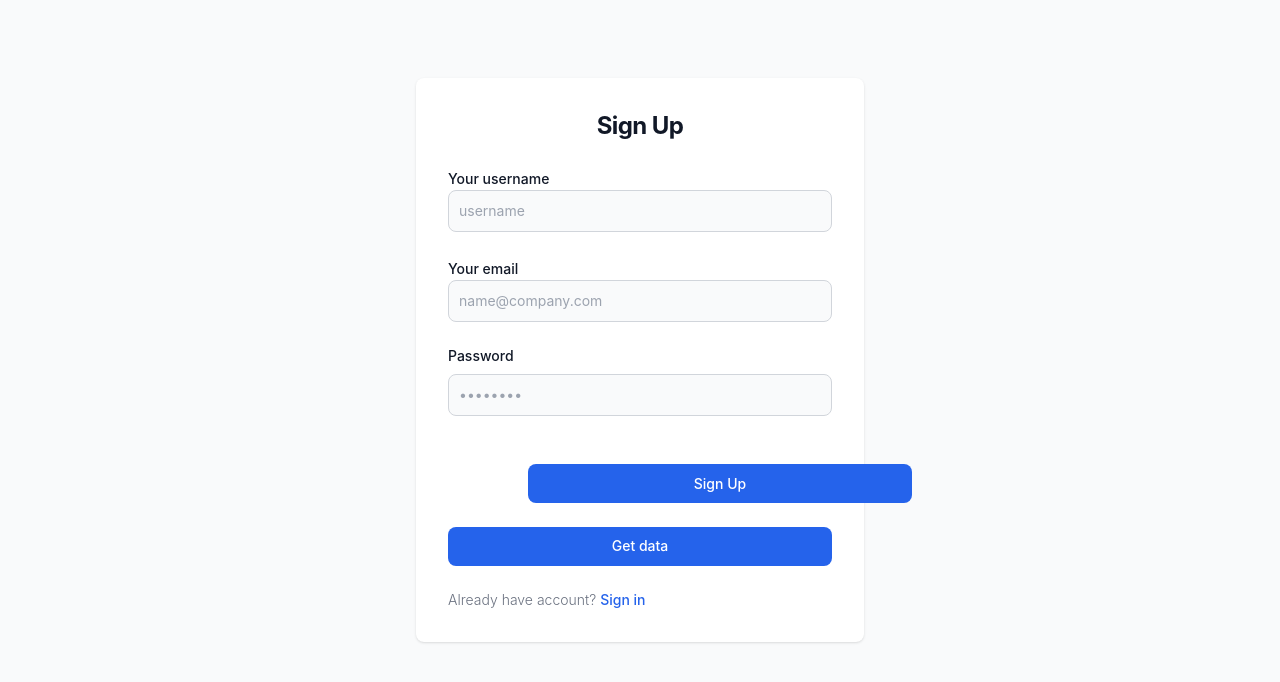
Repository: Than-sothearak/news-today
Page: /register (app in client/)
An editor plug-in stored every save of this project. The page is shown before and after the next save, followed by the edit.
The browser window is 1280 px wide. The pictures show the whole page.
The project was rebuilt for these pictures with package versions that can differ from the ones it lists, and the page was loaded fresh each time. Also part of the build but not shown: client/vite.config.js, client/data.js, client/src/components/Post.jsx, client/src/components/HeroBanner.jsx, client/src/page/Home.jsx, client/src/page/Login.jsx, client/src/page/Single.jsx, client/src/page/Write.jsx and 3 more.

Above is the page before, as saved 2023-03-05 17:37:49.

### client/index.html
<!DOCTYPE html>
<html lang="en">
  <head>
    <meta charset="UTF-8" />
    <link rel="icon" type="image/svg+xml" href="/vite.svg" />
    <meta name="viewport" content="width=device-width, initial-scale=1.0" />
    <title>News Today</title>
  </head>
  <body>
    <div id="root"></div>
    <script type="module" src="/src/main.jsx"></script>
  </body>
</html>

### client/src/App.jsx
import "./App.css";
import { createBrowserRouter, RouterProvider } from "react-router-dom";
import { Home } from "./page/Home";
import { Login } from "./page/Login";
import { Register } from "./page/Register";
import { Single } from "./page/Single";
import { Write } from "./page/Write";
import Layout from "./components/Layout";


const router = createBrowserRouter([
  {
    path: "/",
    element: <Layout />,
    children: [
      {
        path: "/",
        element:<Home />
      },
      {
        path: "/post/:id",
        element:<Single />
      },
      {
        path: "/write",
        element:<Write />
      },
    ]
  },
  {
    path: "/register",
    element: <Register />,
  },
  {
    path: "/login",
    element: <Login />,
  },
]);
export default function App() {
  return <RouterProvider router={router} />;
}

### client/src/index.css
@tailwind base;
@tailwind components;
@tailwind utilities;
:root {
  font-family: Inter, system-ui, Avenir, Helvetica, Arial, sans-serif;
  line-height: 1.5;
  font-weight: 400;

  color-scheme: light dark;
  color: rgba(255, 255, 255, 0.87);
  background-color: #242424;

  font-synthesis: none;
  text-rendering: optimizeLegibility;
  -webkit-font-smoothing: antialiased;
  -moz-osx-font-smoothing: grayscale;
  -webkit-text-size-adjust: 100%;
}

a {
  font-weight: 500;
  color: #646cff;
  text-decoration: inherit;
}
a:hover {
  color: #535bf2;
}

body {


  min-width: 332px;
  min-height: 100vh;
}

h1 {
  font-size: 3.2em;
  line-height: 1.1;
}

button {
  border-radius: 8px;
  border: 1px solid transparent;
  padding: 0.6em 1.2em;
  font-size: 1em;
  font-weight: 500;
  font-family: inherit;
  background-color: #1a1a1a;
  cursor: pointer;
  transition: border-color 0.25s;
}
button:hover {
  border-color: #646cff;
}
button:focus,
button:focus-visible {
  outline: 4px auto -webkit-focus-ring-color;
}

@media (prefers-color-scheme: light) {
  :root {
    color: #213547;
    background-color: #ffffff;
  }
  a:hover {
    color: #747bff;
  }
  button {
    background-color: #f9f9f9;
  }
}

### client/src/page/Register.jsx
import React, { useState } from "react";
import { Link } from "react-router-dom";
import axios from "axios";

export const Register = () => {
  const [input, setInput] = useState({
    username: "",
    email: "",
    password: "",
  });
  const [data, setData] = useState();
  const [err, setErr] = useState(null);
  const urlWithProxyData = "/api/v1";
  const urlWithProxy = "api/auth/register";

  const handleChange = (e) => {
    setInput((prev) => ({
      ...prev,
      [e.target.name]: e.target.value,
    }));
  };

  const handleSubmmit = async (e) => {
    e.preventDefault();
    try {
      const res = await axios.post(urlWithProxy, input);
    } catch (err) {
      setErr(err.response.data);
    }
  };

  console.log;

  function getDataFromServer() {
    axios
      .get(urlWithProxyData)
      .then((res) => setData(res.data))
      .catch((err) => {
        console.error(err);
      });
  }

  return (
    <section className="bg-gray-50 dark:bg-gray-900">
      <div className="flex flex-col items-center justify-center px-6 py-8 mx-auto md:h-screen lg:py-0">
        <div className="w-full bg-white rounded-lg shadow dark:border md:mt-0 sm:max-w-md xl:p-0 dark:bg-gray-800 dark:border-gray-700">
          <div className="p-6 space-y-4 md:space-y-6 sm:p-8">
            <h1 className="text-xl font-bold leading-tight tracking-tight text-gray-900 md:text-2xl dark:text-white">
              Sign Up
            </h1>
            <form
              onSubmit={handleSubmmit}
              className="text-start space-y-4 md:space-y-6"
              action="#"
            >
              <div>
                <label
                  htmlFor="username"
                  className="text-start text-sm font-medium text-gray-900 dark:text-white"
                >
                  Your username
                </label>
                <input
                  type="username"
                  name="username"
                  id="username"
                  className="bg-gray-50 border border-gray-300 text-gray-900 sm:text-sm rounded-lg focus:ring-primary-600 focus:border-primary-600 block w-full p-2.5 dark:bg-gray-700 dark:border-gray-600 dark:placeholder-gray-400 dark:text-white dark:focus:ring-blue-500 dark:focus:border-blue-500"
                  placeholder="username"
                  required
                  onChange={handleChange}
                />
              </div>
              <div>
                <label
                  htmlFor="email"
                  className="text-start text-sm font-medium text-gray-900 dark:text-white"
                >
                  Your email
                </label>
                <input
                  type="email"
                  name="email"
                  id="email"
                  className="bg-gray-50 border border-gray-300 text-gray-900 sm:text-sm rounded-lg focus:ring-primary-600 focus:border-primary-600 block w-full p-2.5 dark:bg-gray-700 dark:border-gray-600 dark:placeholder-gray-400 dark:text-white dark:focus:ring-blue-500 dark:focus:border-blue-500"
                  placeholder="name@company.com"
                  required
                  onChange={handleChange}
                />
              </div>
              <div>
                <label
                  htmlFor="password"
                  className="block mb-2 text-sm font-medium text-gray-900 dark:text-white"
                >
                  Password
                </label>
                <input
                  type="password"
                  name="password"
                  id="password"
                  placeholder="••••••••"
                  className="bg-gray-50 border border-gray-300 text-gray-900 sm:text-sm rounded-lg focus:ring-primary-600 focus:border-primary-600 block w-full p-2.5 dark:bg-gray-700 dark:border-gray-600 dark:placeholder-gray-400 dark:text-white dark:focus:ring-blue-500 dark:focus:border-blue-500"
                  required=""
                  onChange={handleChange}
                />
               {err &&  <p className="text-center text-red-600">{err}</p>}
              </div>
              <div className="flex items-center justify-between">
                <div className="flex items-start"></div>
              </div>
              <button
                type="submit"
                className="m-20 w-full text-white bg-primary-600 hover:bg-primary-700 focus:ring-4 focus:outline-none focus:ring-primary-300 font-medium rounded-lg text-sm text-center dark:bg-primary-600 dark:hover:bg-primary-700 dark:focus:ring-primary-800"
              >
                Sign Up
              </button>
              <button
                onClick={getDataFromServer}
                type="submit"
                className="w-full text-white bg-primary-600 hover:bg-primary-700 focus:ring-4 focus:outline-none focus:ring-primary-300 font-medium rounded-lg text-sm px-5 text-center dark:bg-primary-600 dark:hover:bg-primary-700 dark:focus:ring-primary-800"
              >
                Get data
              </button>
              <p className="text-sm font-light text-gray-500 dark:text-gray-400">
                Already have account? {data}{" "}
                <Link
                  to="/login"
                  className="font-medium text-primary-600 hover:underline dark:text-primary-500"
                >
                  Sign in
                </Link>
              </p>
            </form>
          </div>
        </div>
      </div>
    </section>
  );
};

### client/tailwind.config.cjs
/** @type {import('tailwindcss').Config} */
module.exports = {
  content: ["./index.html", "./src/**/*.{js,ts,jsx,tsx}"],
  darkMode: "class",
  theme: {

    extend: {
      colors: {
        primary: {
          50: "#eff6ff",
          100: "#dbeafe",
          200: "#bfdbfe",
          300: "#93c5fd",
          400: "#60a5fa",
          500: "#3b82f6",
          600: "#2563eb",
          700: "#1d4ed8",
          800: "#1e40af",
          900: "#1e3a8a",
        }
      },
      fontFamily: {
        body: [
          "Inter",
          "ui-sans-serif",
          "system-ui",
          "-apple-system",
          "system-ui",
          "Segoe UI",
          "Roboto",
          "Helvetica Neue",
          "Arial",
          "Noto Sans",
          "sans-serif",
          "Apple Color Emoji",
          "Segoe UI Emoji",
          "Segoe UI Symbol",
          "Noto Color Emoji",
        ],
        sans: [
          "Inter",
          "ui-sans-serif",
          "system-ui",
          "-apple-system",
          "system-ui",
          "Segoe UI",
          "Roboto",
          "Helvetica Neue",
          "Arial",
          "Noto Sans",
          "sans-serif",
          "Apple Color Emoji",
          "Segoe UI Emoji",
          "Segoe UI Symbol",
          "Noto Color Emoji",
        ],
      },
    },
  },

  plugins: [],
};

Loaded but not shown: client/src/main.jsx (common file); client/src/App.css (common file)

After the next save:
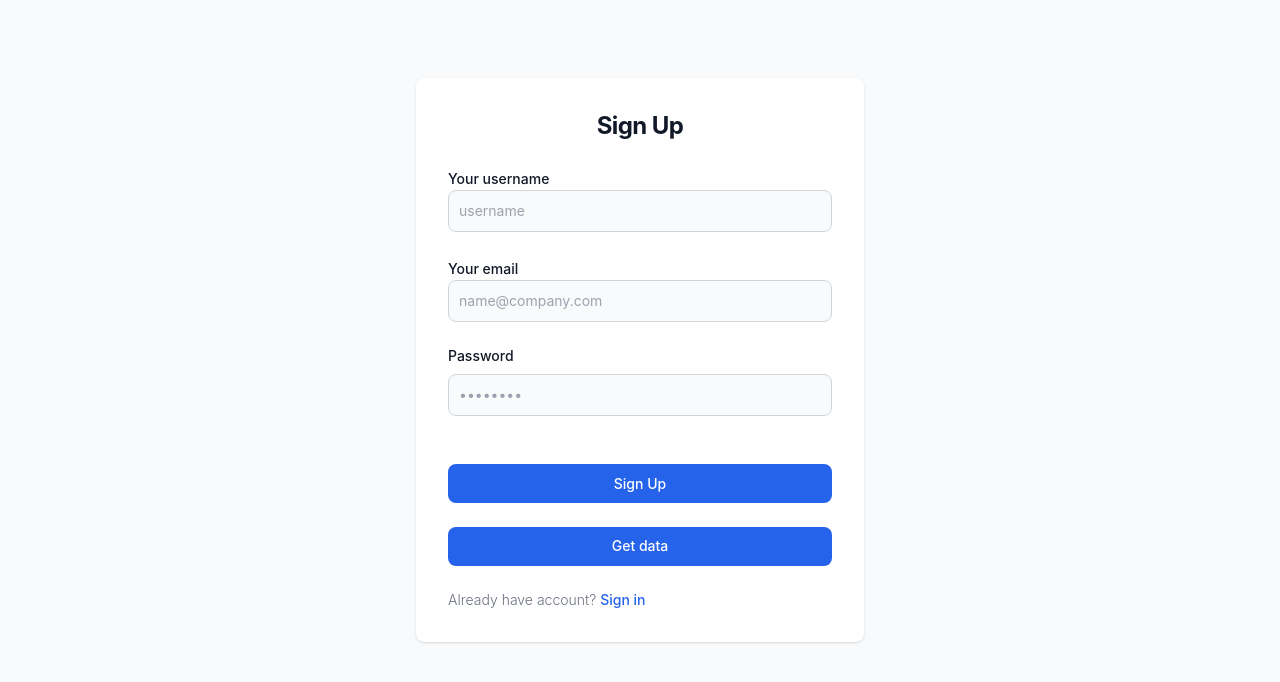
Saved 5 s later.
--- a/client/src/page/Register.jsx
+++ b/client/src/page/Register.jsx
@@ -110,7 +110,7 @@ export const Register = () => {
               </div>
               <button
                 type="submit"
-                className="m-20 w-full text-white bg-primary-600 hover:bg-primary-700 focus:ring-4 focus:outline-none focus:ring-primary-300 font-medium rounded-lg text-sm text-center dark:bg-primary-600 dark:hover:bg-primary-700 dark:focus:ring-primary-800"
+                className="mt-10 w-full text-white bg-primary-600 hover:bg-primary-700 focus:ring-4 focus:outline-none focus:ring-primary-300 font-medium rounded-lg text-sm text-center dark:bg-primary-600 dark:hover:bg-primary-700 dark:focus:ring-primary-800"
               >
                 Sign Up
               </button>
